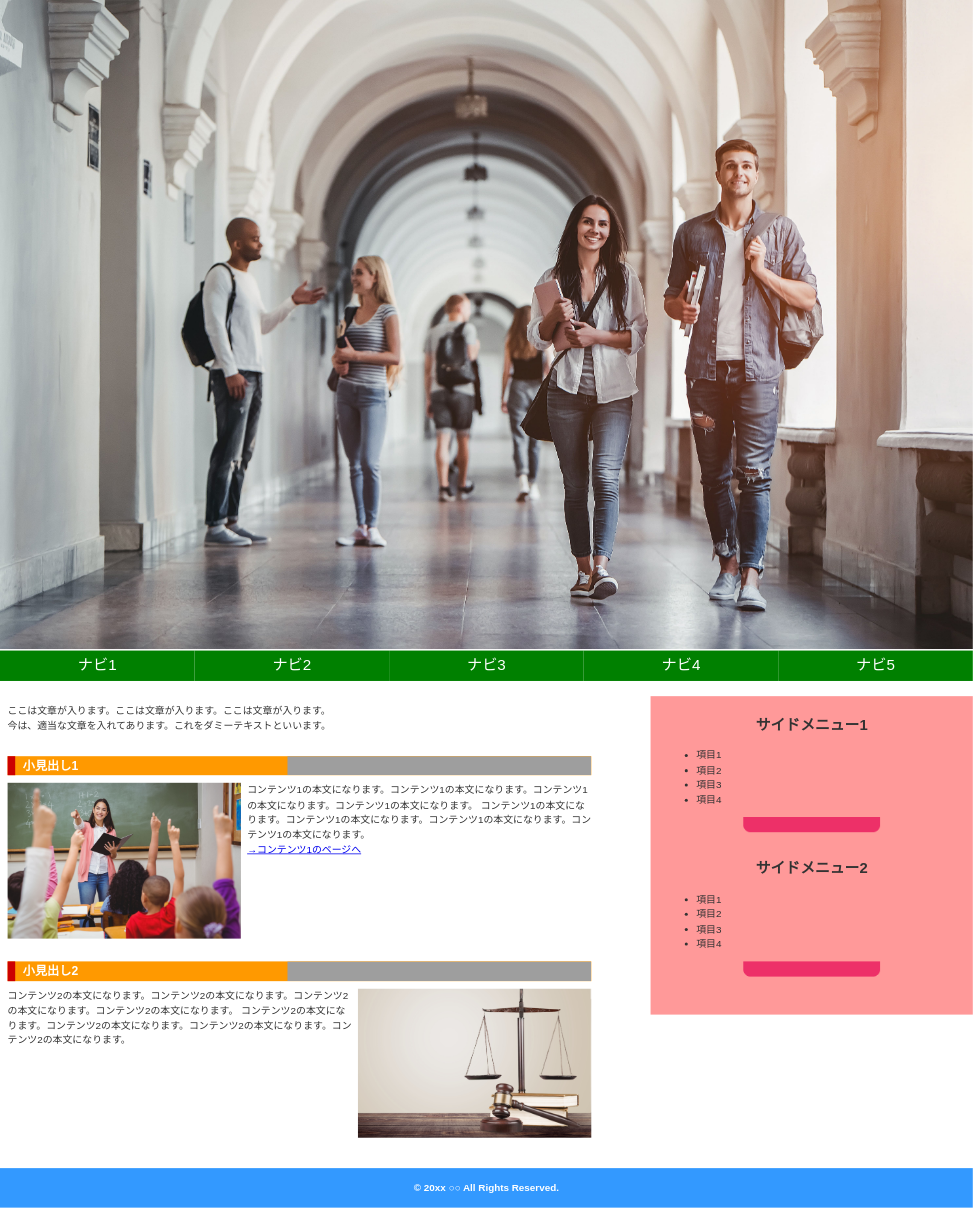
Repository: Masaaki-Oomori1010/samurai_HTML-CSS
Page: home.html
The author's editor kept a record of every edit. The page is drawn from the files as they stood at one moment, then again after the next edit.
The browser window is 1280 px wide. The pictures show the whole page, at 76% of full size.
Pictures or frames that could not be fetched are drawn as grey boxes.

Above is the page before.

After the next edit:
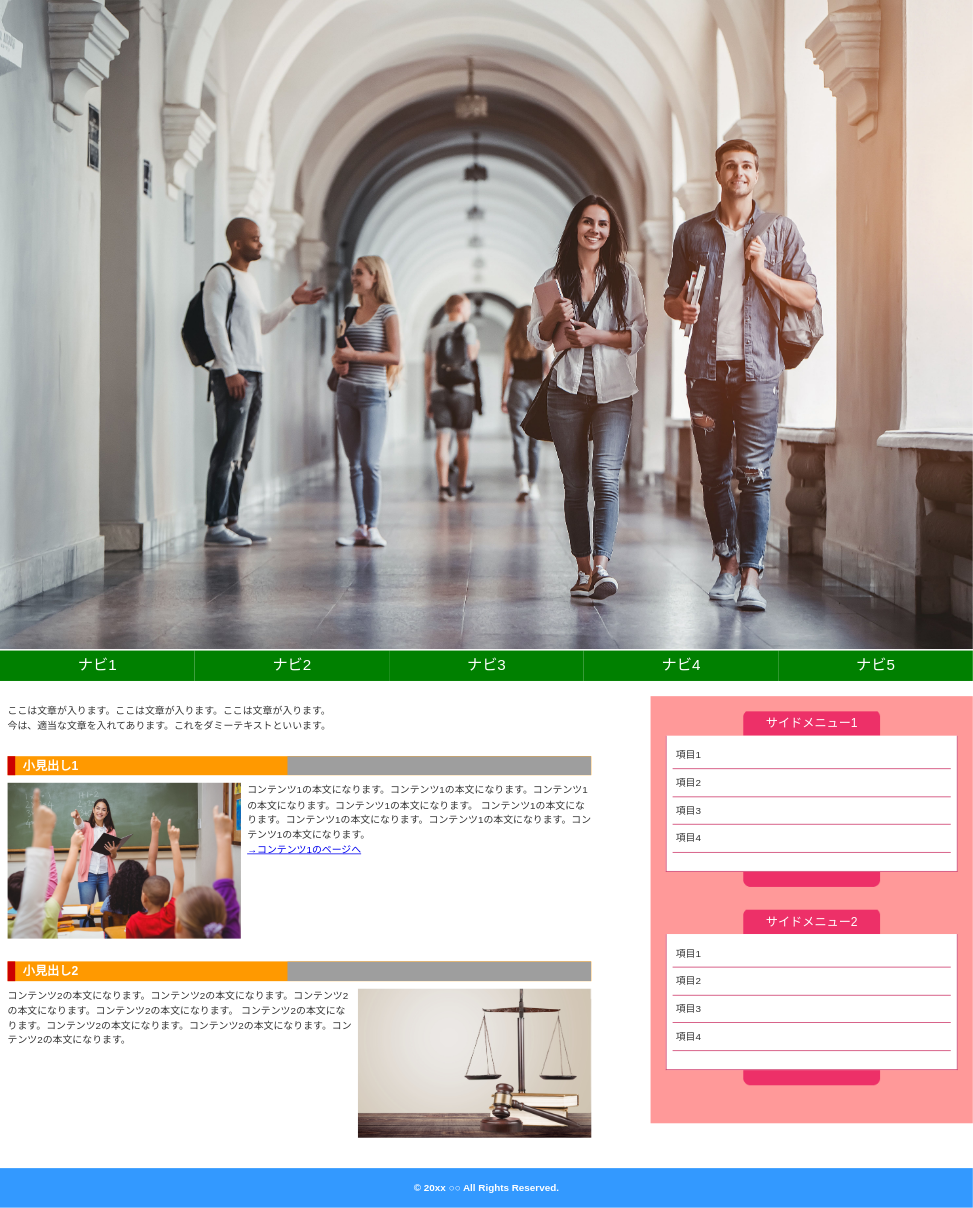
The edit:
--- a/stylesheet.css
+++ b/stylesheet.css
@@ -142,25 +142,25 @@
  	 margin: 0;
  	 padding: 8px;
  	 text-align: center;
-+ 	 color: #fff;
-+ 	 font-size: 16px;
-+ 	 line-height: 16px;
-+ 	 font-weight: normal;
-+ 	 background: url(images/side_box_h2.png) center no-repeat;
-+ }
-+ #side .box .boxBody {
-+ 	 padding: 8px;
-+ 	 border-right: solid 1px #C36;
-+ 	 border-bottom: solid 1px #C36;
-+ 	 border-left: solid 1px #C36;
-+ 	 background: #fff;
-+ }
-+ #side .box .boxBody ul {
-+ 	 margin: 0 0 16px 0;
-+ 	 padding: 0;
-+ }
-+ #side .box .boxBody ul li {
-+ 	 padding: 8px 0 8px 4px;
-+ 	 list-style: none;
-+ 	 border-bottom: solid 1px #C36;
-+ }
+ 	 color: #fff;
+ 	 font-size: 16px;
+ 	 line-height: 16px;
+ 	 font-weight: normal;
+ 	 background: url(images/side_box_h2.png) center no-repeat;
+ }
+ #side .box .boxBody {
+ 	 padding: 8px;
+ 	 border-right: solid 1px #C36;
+ 	 border-bottom: solid 1px #C36;
+ 	 border-left: solid 1px #C36;
+ 	 background: #fff;
+ }
+ #side .box .boxBody ul {
+ 	 margin: 0 0 16px 0;
+ 	 padding: 0;
+ }
+ #side .box .boxBody ul li {
+ 	 padding: 8px 0 8px 4px;
+ 	 list-style: none;
+ 	 border-bottom: solid 1px #C36;
+ }
